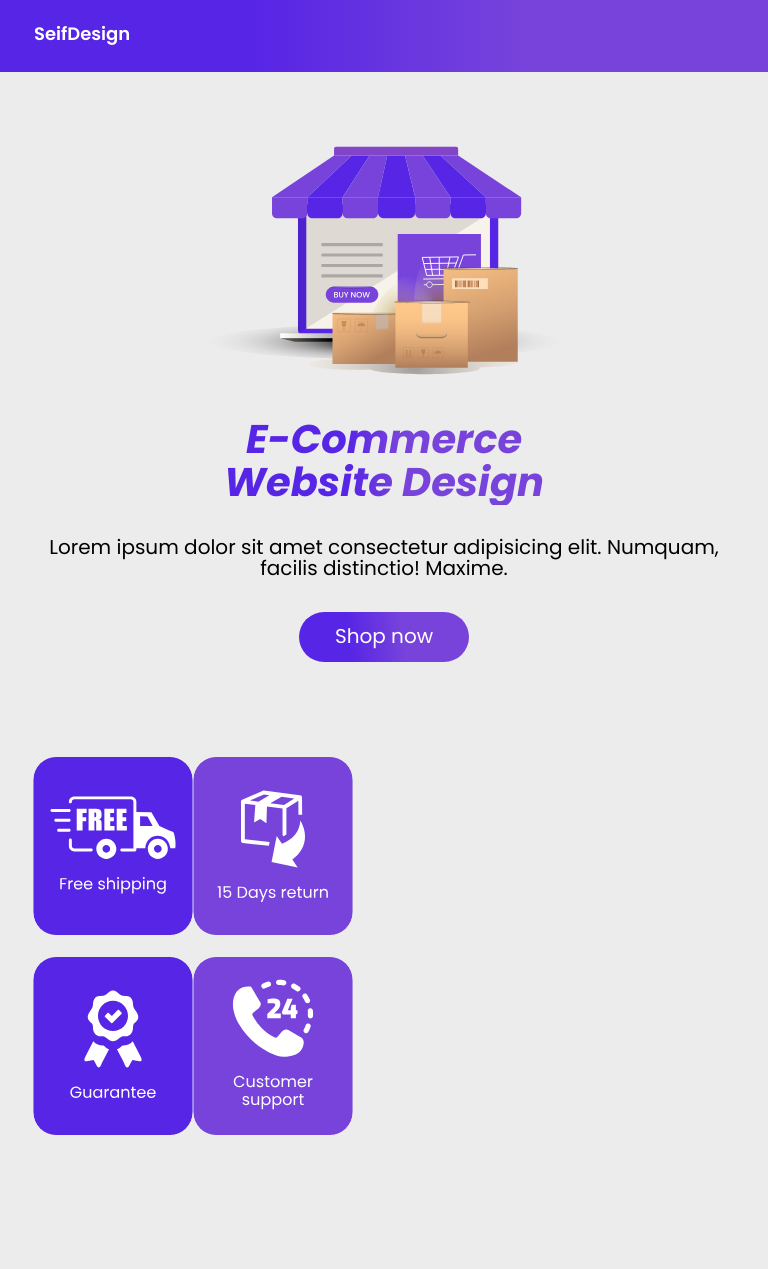
Repository: NatiqSamiyev/commers-desing-JS
Page: index.html
The author's editor kept a copy of each file at every save. The page is drawn from the files as they stood at one save, then again after a run of saves.
The browser window is 768 px wide. The pictures show the whole page.
Some web fonts or font styles are not loaded; a fallback is used.

Above is the page before, as saved 2023-11-06 11:44:14.

After the next 3 saves:
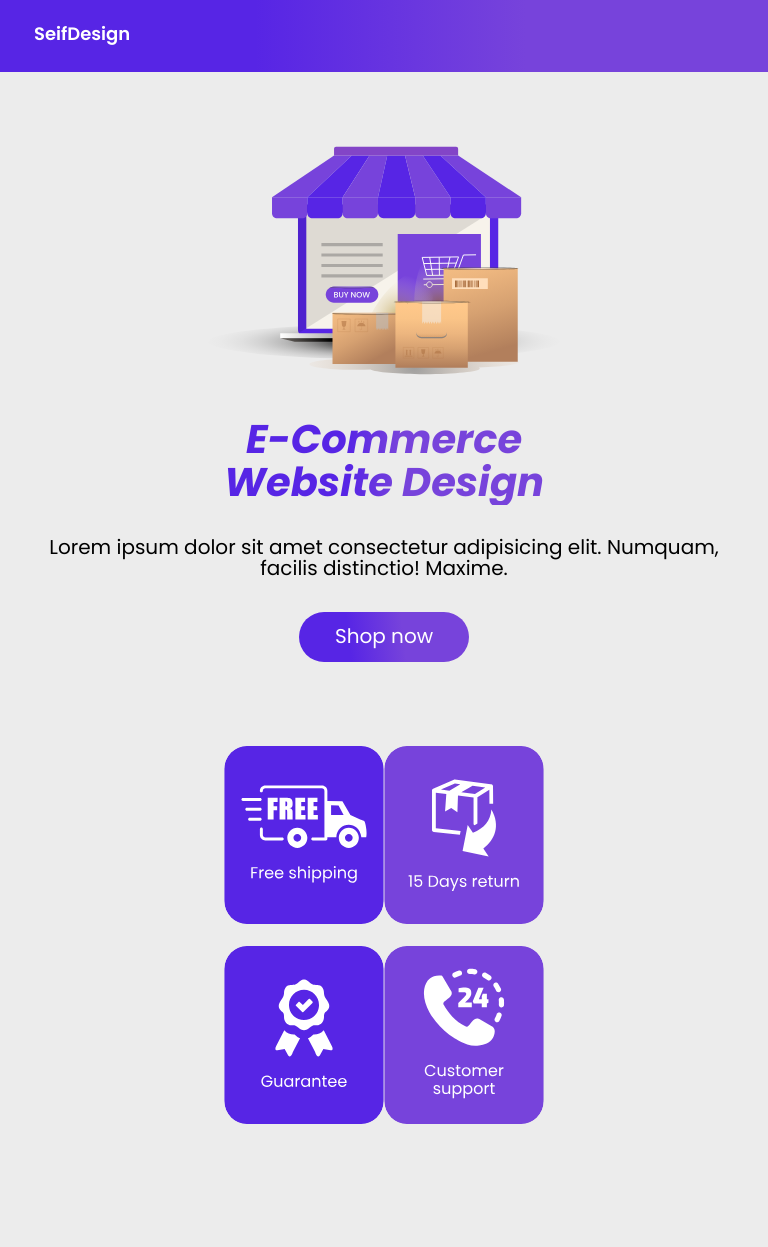
The 3 saves are shown as one change because they came seconds apart.
The last was saved 12 s later.
--- a/index.css
+++ b/index.css
@@ -208,11 +208,8 @@ main .image-container .box-1 {
   }
 
   .bottom-container {
-
-    width: 345px;
     margin-top: 46px;
     display: flex;
-    height: 431px;
     flex-direction: column;
     justify-content: center;
     align-items: center;
